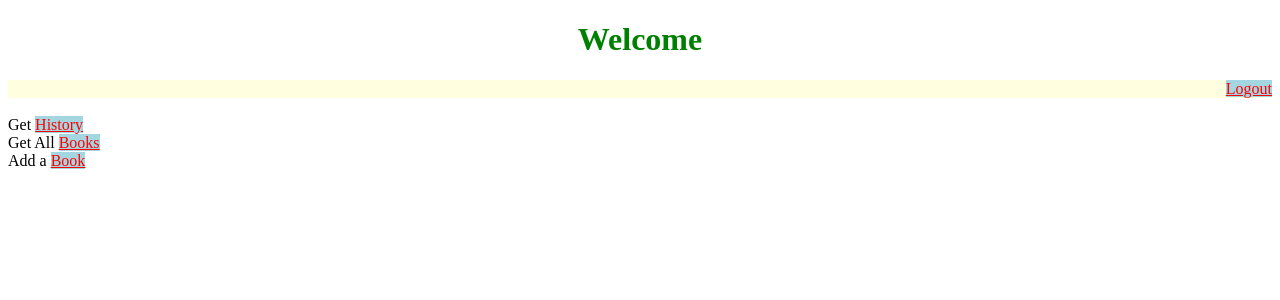
Repository: prashantvadlamani/Library-Management-System
Page: http://localhost/project/librarian.jsp
An editor plug-in stored every save of this project. The page is shown before and after the next save, followed by the edit.
The browser window is 1280 px wide. The pictures show the whole page.
The page is served by Tomcat 9.

Above is the page before, as saved 2018-08-23 05:46:57.

After the next save:
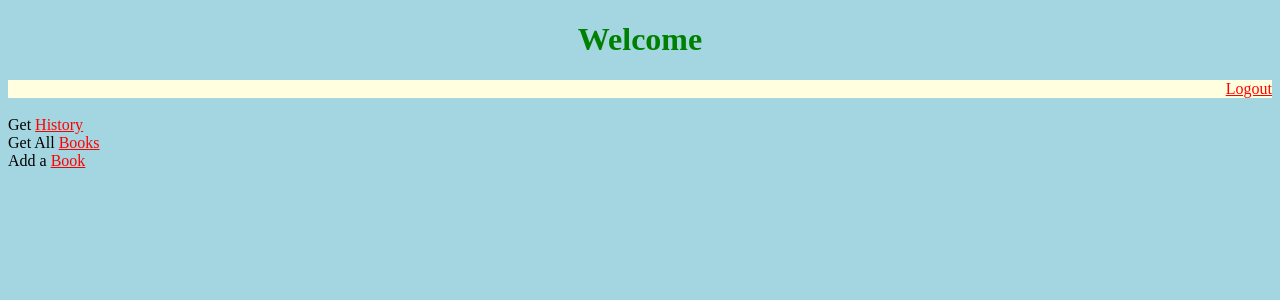
Saved 23 s later.
--- a/project/WebContent/librarian.jsp
+++ b/project/WebContent/librarian.jsp
@@ -15,6 +15,9 @@
 
 	a{
 		color: red;
+
+	}
+	body{
 		background-color: #a3d6e0;
 	}
 </style>
